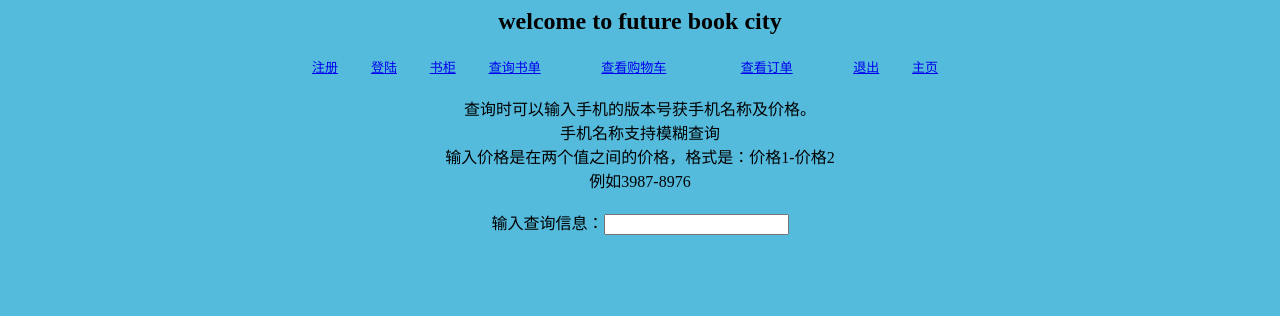
Repository: littleNiq/jsp
Page: http://localhost/mobileShop/searMobile.jsp
An editor plug-in stored every save of this project. The page is shown before and after the next save, followed by the edit.
The browser window is 1280 px wide. The pictures show the whole page.
The page is served by Tomcat 9. Nobody is signed in. The application's start-up code is not run. Other server files are loaded and not shown.

Above is the page before, as saved 2016-09-02 12:27:44.

### jsp/myworkspace/mobileShop/WebRoot/searMobile.jsp
<%@ page contentType="text/html;charset=utf-8"%>
<html>
  <head>
    <%@ include file="head.txt"%>
  </head>
  <body bgcolor="#55BBDD">
    <div align="center">
      <br>查询时可以输入手机的版本号获手机名称及价格。
      <br>手机名称支持模糊查询
      <br>输入价格是在两个值之间的价格，格式是：价格1-价格2
      <br>例如3987-8976
      <form action="searchByConditionServlet" method="post">
        <br>输入查询信息：<input type="text" name="searchMess"/><br>
      </form>
    </div>
  </body>
</html>

### jsp/myworkspace/mobileShop/WebRoot/head.txt
<%@ page contentType="text/html;charset=utf-8"%>
<div align="center">
  <h2>welcome to future book city</h2>
  <table cellSpacing="1" cellPadding="1" width="660" align="center" border="0">
    <tr valign="buttom">
     <td><a href="inputRegisterMess.jsp"><font size="2" >注册</font></a></td>
     <td><a href="login.jsp"><font size="2" >登陆</font></a></td>
     <td><a href="lookMobile.jsp"><font size="2" >书柜</font></a></td>
     <td><a href="searchMobile.jsp"><font size="2" >查询书单</font></a></td>
     <td><a href="lookShoppingCar.jsp"><font size="2" >查看购物车</font></a></td>
     <td><a href="lookOrderForm.jsp"><font size="2" >查看订单</font></a></td>
     <td><a href="exitServlet"><font size="2" >退出</font></a></td>
     <td><a href="index.jsp"><font size="2" >主页</font></a></td>
    </tr>
  </table>
</div>

After the next save:
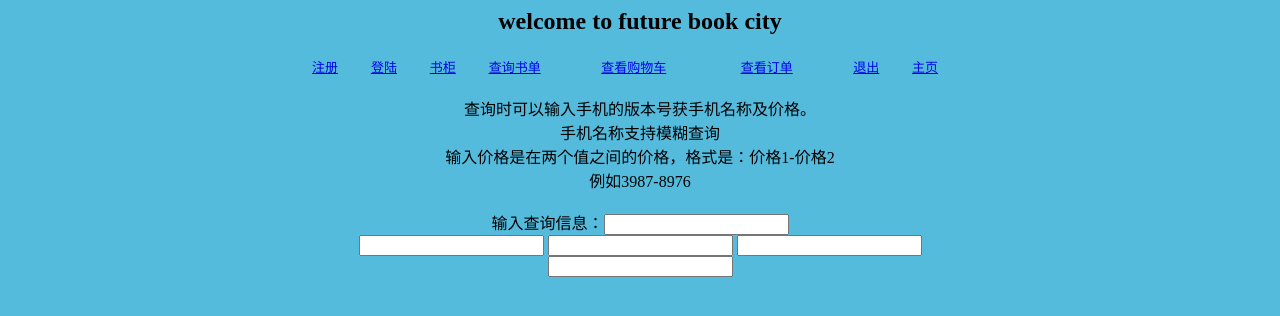
Saved 36 s later.
--- a/jsp/myworkspace/mobileShop/WebRoot/searMobile.jsp
+++ b/jsp/myworkspace/mobileShop/WebRoot/searMobile.jsp
@@ -11,6 +11,10 @@
       <br>例如3987-8976
       <form action="searchByConditionServlet" method="post">
         <br>输入查询信息：<input type="text" name="searchMess"/><br>
+        <input type="text" name="searchMess"/>
+        <input type="text" name="searchMess"/>
+        <input type="text" name="searchMess"/>
+        <br><input type="text" name="searchMess"/>
       </form>
     </div>
   </body>
